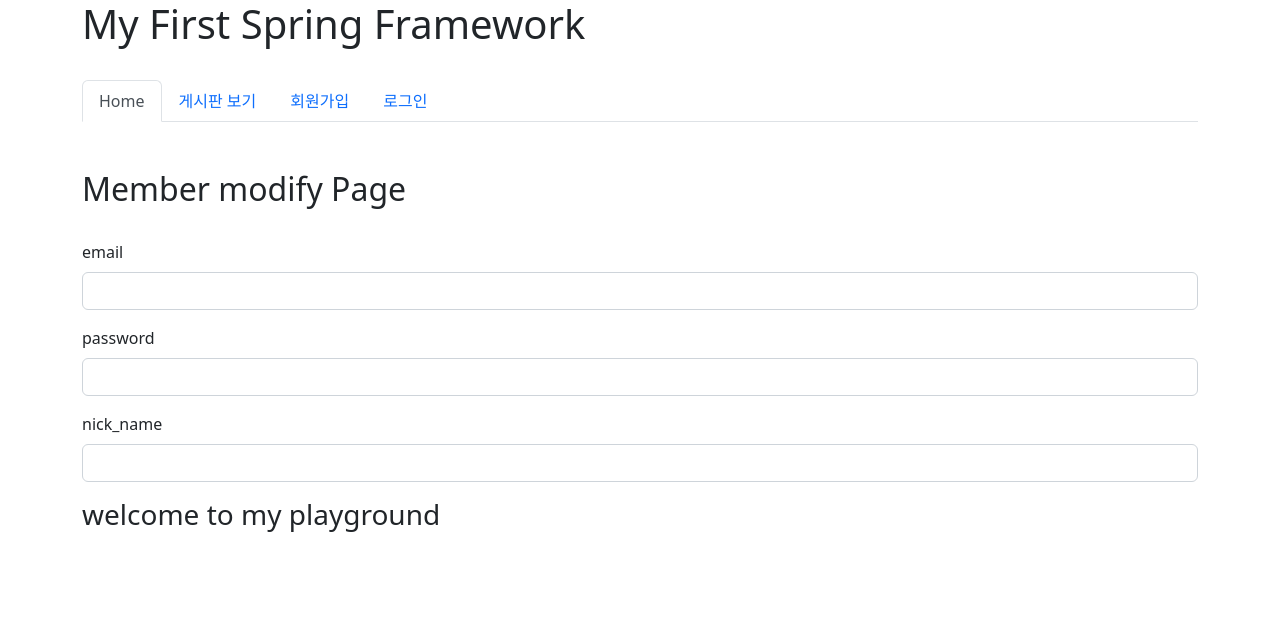
Repository: saeeeem2/2024SPRING
Page: http://localhost/spring_test2/WEB-INF/views/member/modify.jsp
An editor plug-in stored every save of this project. The page is shown before and after the next save, followed by the edit.
The browser window is 1280 px wide. The pictures show the whole page.
The page is served by Tomcat 9. Nobody is signed in. The template is opened directly, without the code that normally fills it, so the values that code supplies are empty.

Above is the page before, as saved 2024-01-16 00:29:30.
Console error: TypeError: Cannot read properties of null (reading 'addEventListener')

After the next save:
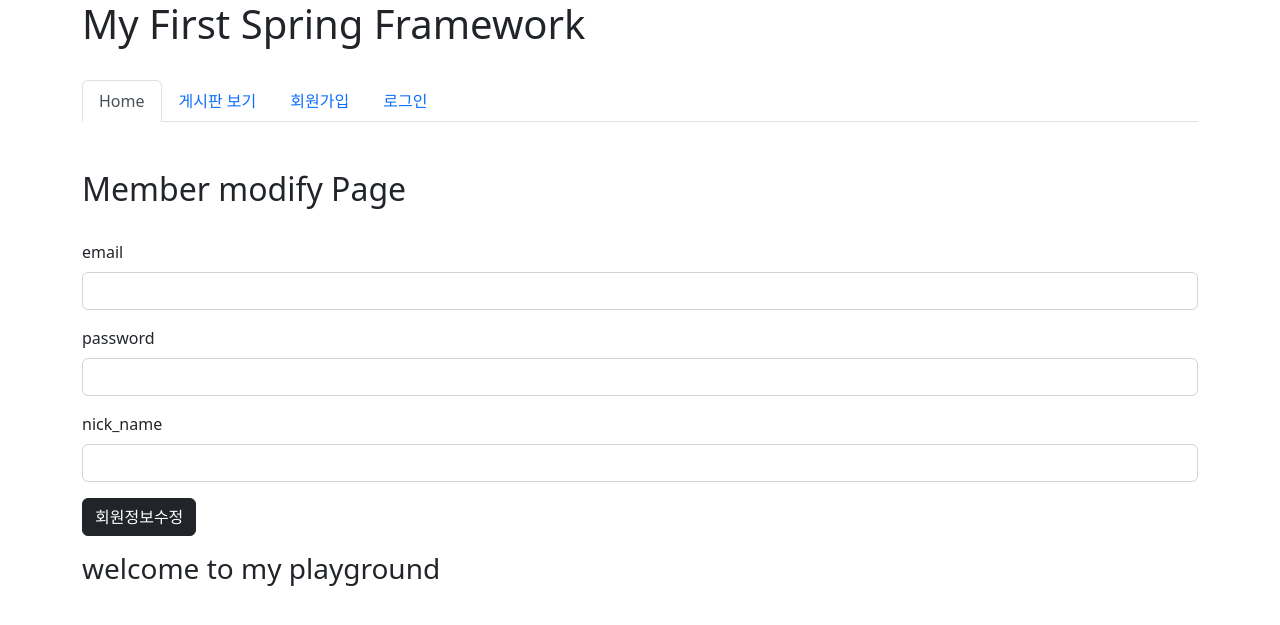
Saved 17 s later.
--- a/spring_test2/src/main/webapp/WEB-INF/views/member/modify.jsp
+++ b/spring_test2/src/main/webapp/WEB-INF/views/member/modify.jsp
@@ -9,20 +9,22 @@
 <jsp:include page="../layout/nav.jsp"></jsp:include> <br><br>
 
 <h2>Member modify Page</h2><br>
-<form action="/board/register" method="post" enctype="multipart/form-data">
-	<div class="mb-3">
-	  <label for="title" class="form-label">email</label>
-	  <input type="text" class="form-control" name="email" id="e" value="">
-	</div>
-	<div class="mb-3">
-	  <label for="title" class="form-label">password</label>
-	  <input type="password" class="form-control" name="pwd" id="p" value="">
-	</div>
-	<div class="mb-3">
-	  <label for="title" class="form-label">nick_name</label>
-	  <input type="text" class="form-control" name="nickName" id="n" value="">
-	</div>
+	<form action="/member/modify" method="post">
+		<div class="mb-3">
+		  <label for="title" class="form-label">email</label>
+		  <input type="text" class="form-control" name="email" id="e" value="">
+		</div>
+		<div class="mb-3">
+		  <label for="title" class="form-label">password</label>
+		  <input type="password" class="form-control" name="pwd" id="p" value="">
+		</div>
+		<div class="mb-3">
+		  <label for="title" class="form-label">nick_name</label>
+		  <input type="text" class="form-control" name="nickName" id="n" value="">
+		</div>
+	<!-- 해당 멤버의 권한 출력(2개일수도 있음) -->
+		<button type="submit" class="btn btn-dark">회원정보수정</button>
 
-</form>
+	</form>
 <jsp:include page="../layout/footer.jsp"></jsp:include>
 </div>
